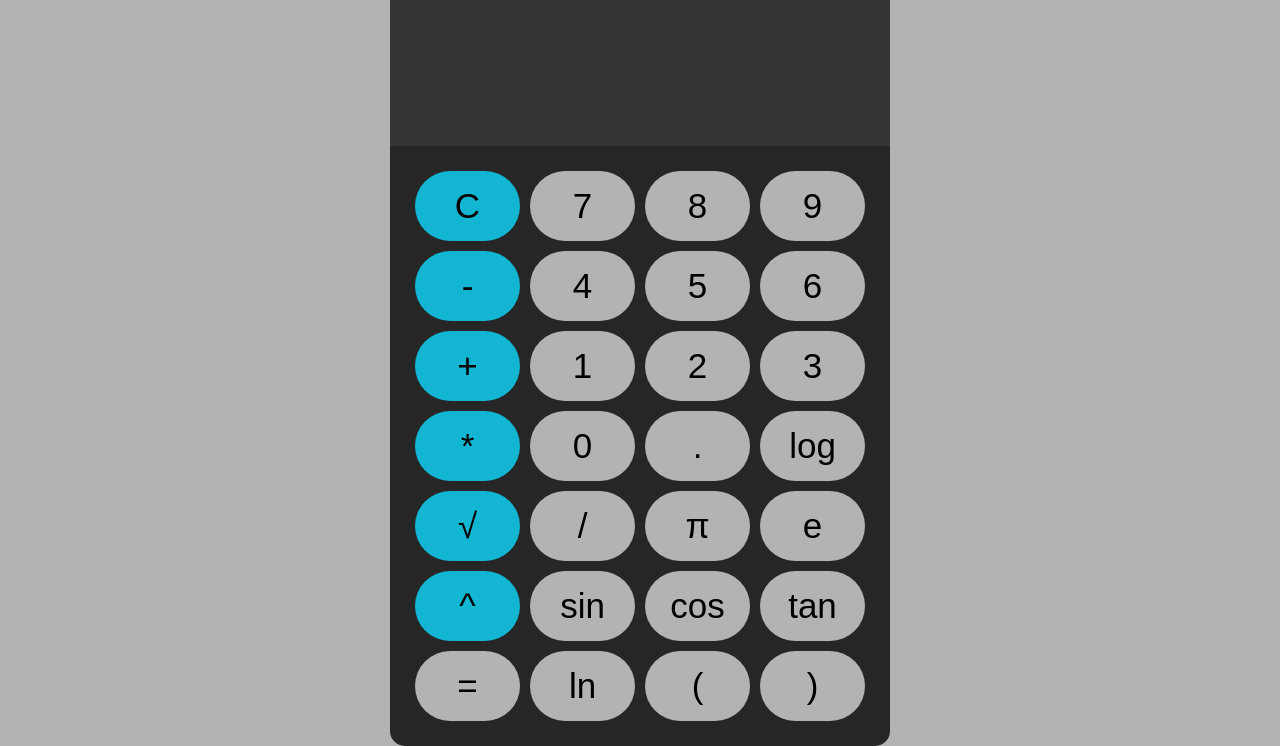
Repository: Haakim19/JavaScript
Page: Calculater/Main.html
The author's editor kept a copy of each file at every save. The page is drawn from the files as they stood at one save, then again after the next save.
The browser window is 1280 px wide. The pictures show the whole page.

Above is the page before, as saved 2024-10-23 15:13:21.

### Calculater/Main.html
<!DOCTYPE html>
<html lang="en">
<head>
    <meta charset="UTF-8">
    <meta name="viewport" content="width=device-width, initial-scale=1.0">
    <title>Calculator</title>
    <link rel="stylesheet" href="Main.css">
</head>
<body>
    <div id="calculator">
        <div id="calculator-normal">
            <input id= "display1" readonly>
            <input id="display2" readonly>
            <div id="keys">
                <button onclick="clearDisplay()" class="operator-btn">C</button>
                <button onclick="appentToDisplay('7')">7</button>
                <button onclick="appentToDisplay('8')">8</button>
                <button onclick="appentToDisplay('9')">9</button>
                <button onclick="appentToDisplay('-')" class="operator-btn">-</button>
                <button onclick="appentToDisplay('4')">4</button>
                <button onclick="appentToDisplay('5')">5</button>
                <button onclick="appentToDisplay('6')">6</button>
                <button onclick="appentToDisplay('+')" class="operator-btn">+</button>
                <button onclick="appentToDisplay('1')">1</button>
                <button onclick="appentToDisplay('2')">2</button>
                <button onclick="appentToDisplay('3')">3</button>
                <button onclick="appentToDisplay('*')" class="operator-btn">*</button>
                <button onclick="appentToDisplay('0')">0</button>
                <button onclick="appentToDisplay('.')" >.</button>

                <button onclick="appentToDisplay('log10()')">log</button>
                <button onclick="appentToDisplay('sqrt')" class="operator-btn">√</button>
                <button onclick="appentToDisplay('/')">/</button>
                <button onclick="appendToDisplay('PI')">π</button>
                <button onclick="appentToDisplay('e()')">e</button>
                <button onclick="appendToDisplay('root')" class="operator-btn">^</button>
                <button onclick="appentToDisplay('sin')">sin</button>
                <button onclick="appentToDisplay('cos')">cos</button>
                <button onclick="appentToDisplay('tan')">tan</button>
                <button onclick="calculate()">=</button>
                <button onclick="appentToDisplay('ln')">ln</button>
                <button onclick="appentToDisplay(value)"><span>&#40;</span></button>
                <button onclick="appentToDisplay(value)"><span>&#41;</span></button>
            </div>
        </div>

    </div>
<script src="Main.js"></script>
</body>
</html>

### Calculater/Main.css
body{
    margin: 0;
    display: flex;
    justify-content: center;
    align-items: center;
    height: 100vh;
    background-color: hsl(0,0%, 5%);
    background-image: url();
    animation:scale 1s infinite;
}
#calculate{
    font-family:sans-serif;
    box-shadow: 0 4px 10px rgba(0, 0, 0, 0.1);
}
#calculator-normal{
    background-color: hsl(0, 0%, 15%);
    border-radius: 15px;
    max-width: 500px;
    overflow: hidden;
}

#display1{
    width: 100%;
    padding: 20px;
    font-size: 2rem;
    border: none;
    text-align: left;
    padding-right: -15px;
    color: white;
    background-color: hsl(0, 0%, 20%);

}
#display2{
    width: 100%;
    padding: 20px;
    font-size: 3rem;
    border: none;
    text-align: left;
    padding-right: -15px;
    color: white;
    background-color: hsl(0, 0%, 20%);

}
#keys{
    display: grid;
    grid-template-columns: repeat(4, 1fr);
    gap: 10px;
    padding: 25px;
}
/* #keys-normal{
    width: 80px;
    height: 60px;
    color: white;
    border-radius: 50px;
    border: none;
    font-size: 3rem;
    background-color: hsl(0, 0%, 30%);
    font-weight: bold;
    cursor: pointer;
} */
/* button{
    width: 80px;
    height: 60px;
    color: white;
    border-radius: 50px;
    border: none;
    font-size: 3rem;
    background-color: hsl(0, 0%, 30%);
    font-weight: bold;
    cursor: pointer;
} */
button{
    width: 100%;
    padding: 15px;
    font-size: 35px;
    border: none;
    border-radius: 40px;
    background-color: hsl(0, 0%, 70%);
    cursor: pointer;
    transition: background-color 0.5s;
    /* animation: scale 5s infinite; */
    /* animation-iteration-count: infinite; */
}

button:hover{
    background-color: hsl(0, 0%, 40%);
}

button:active{
    background-color: hsl(0, 0%, 50%);
}

.operator-btn{
    background-color: hsl(189, 84%, 45%);
}

.operator-btn:hover{
    background-color: hsl(189, 84%, 65%);
}

.operator-btn:active{
    background-color: hsl(189, 84%, 75%);
}
@keyframes scale{
    0%{ background-color: hsl(0, 0%, 70%); }
    25%{ background-color: hsl(0, 0%, 60%); }
    50%{
        background-color: hsl(0, 0%, 50%);
    }
    75%{
        background-color: hsl(0, 0%, 40%);
    }
    100%{
        background-color: hsl(0, 0%, 30%);
    }
}

### Calculater/Main.js
// const display1 = document.getElementById('display1');
// const display2 = document.getElementById('display2');

// function appentToDisplay(input){
//     display2.value += input;
// }
// function clearDisplay(){
//     display1.value = '';
//     display2.value = '';
// }
// function calculate(){
//     try{
//         let expression = display2.value
//         .replace(/sin/g, 'Math.sin()')
//         .replace(/cos/g, 'Math.cos()')
//         .replace(/tan/g, 'Math.tan()')
//         .replace(/√/g, 'Math.sqrt()')
//         .replace(/π/g, 'Math.PI')
//         .replace(/log/g, 'Math.log10()')
//         .replace(/ln/g, 'Math.log()')
//         .replace(/\^/g, '**');

//         display1.value = eval(display2.value);}
//     catch{
//         display2.value = 'Error';
//     }

// }
// Main.js

// Function to append values to the display
function appentToDisplay(value) {
    const display1 = document.getElementById("display1");
    const display2 = document.getElementById("display2");
    if (value === "π") {
        display2.value += Math.PI;
        console.log("PI");
    } else if (value === "e()") {
        display2.value += Math.E;
        // console.log("e");
    } else if (value === "log10()") {
        display2.value += Math.log10();
        // console.log("Log10");
    } else if (value === "sqrt()") {
        display2.value += Math.sqrt();
        // console.log("π");
    } else if (value === "sin()") {
        display2.value += Math.sin();
        // console.log("π");
    } else if (value === "cos()") {
        display2.value += Math.cos();
        // console.log("π");
    } else if (value === "tan()") {
        display2.value += Math.tan();
        // console.log("π");
    } else if (value === "ln()") {
        display2.value += Math.log();
        // console.log("π");
    } else {
        display2.value += value;
    }
}

// Function to clear the display
function clearDisplay() {
    document.getElementById("display1").value = "";
    document.getElementById("display2").value = "";
}

// Function to calculate the result
function calculate() {
    const display1 = document.getElementById("display1");
    const display2 = document.getElementById("display2");
    try {
        // Use eval to calculate the expression in display1
        let result = eval(display2.value);
        display1.value = result;
    } catch (error) {
        display2.value = "Error";
    }
}

// Additional functions for mathematical operations
function appendToDisplay(value) {

}

After the next save:
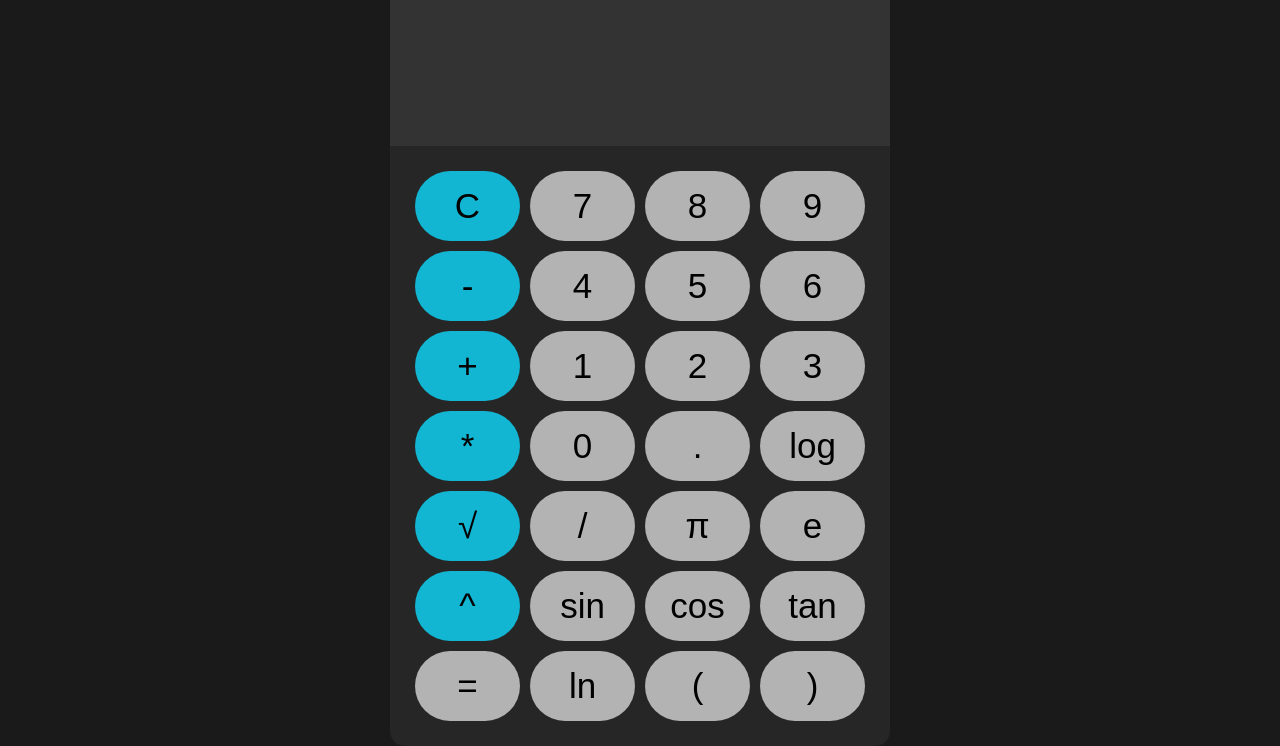
Saved 13 s later.
--- a/Calculater/Main.css
+++ b/Calculater/Main.css
@@ -102,7 +102,7 @@ button:active{
     background-color: hsl(189, 84%, 75%);
 }
 @keyframes scale{
-    0%{ background-color: hsl(0, 0%, 70%); }
+    0%{ background-color: hsl(0, 0%, 10%); }
     25%{ background-color: hsl(0, 0%, 60%); }
     50%{
         background-color: hsl(0, 0%, 50%);
